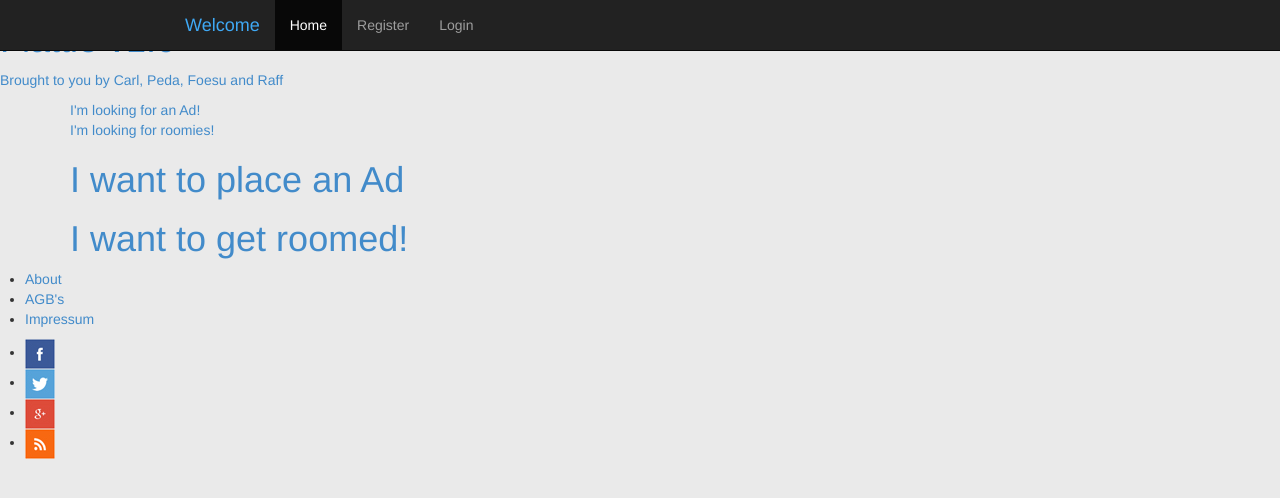
Repository: ese-unibe-ch/ese2014-team2
Page: http://localhost/Skeleton/pages/index.jsp
An editor plug-in stored every save of this project. The page is shown before and after the next save, followed by the edit.
The browser window is 1280 px wide. The pictures show the whole page.
Some web libraries are served in a nearby version. The page is served by Tomcat 9. Nobody is signed in. The application's start-up code is not run. The template is opened directly, without the code that normally fills it, so the values that code supplies are empty.

Above is the page before, as saved 2014-10-30 14:18:33.
Console error (its wording comes from the project's code and is left out).

After the next save:
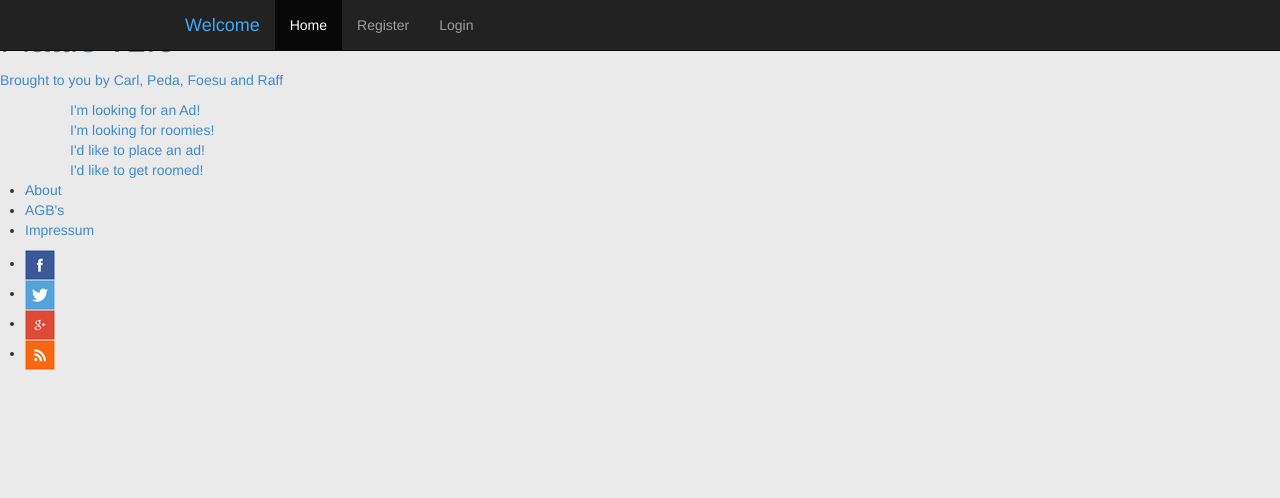
Saved 23 s later.
--- a/Skeleton/src/main/webapp/pages/index.jsp
+++ b/Skeleton/src/main/webapp/pages/index.jsp
@@ -27,13 +27,13 @@
 
 		<a href="placead">
     		<div class="main_button_small_left">
-				<h1>I want to place an Ad</h1>
+				<span>I'd like to place an ad!</span>
 			</div>
 		</a>
 
 		<a href="placemate">
 			<div class="main_button_small_right">
-				<h1>I want to get roomed!</h1>
+				<span>I'd like to get roomed!</span>
 			</div>
 		</a>
 
